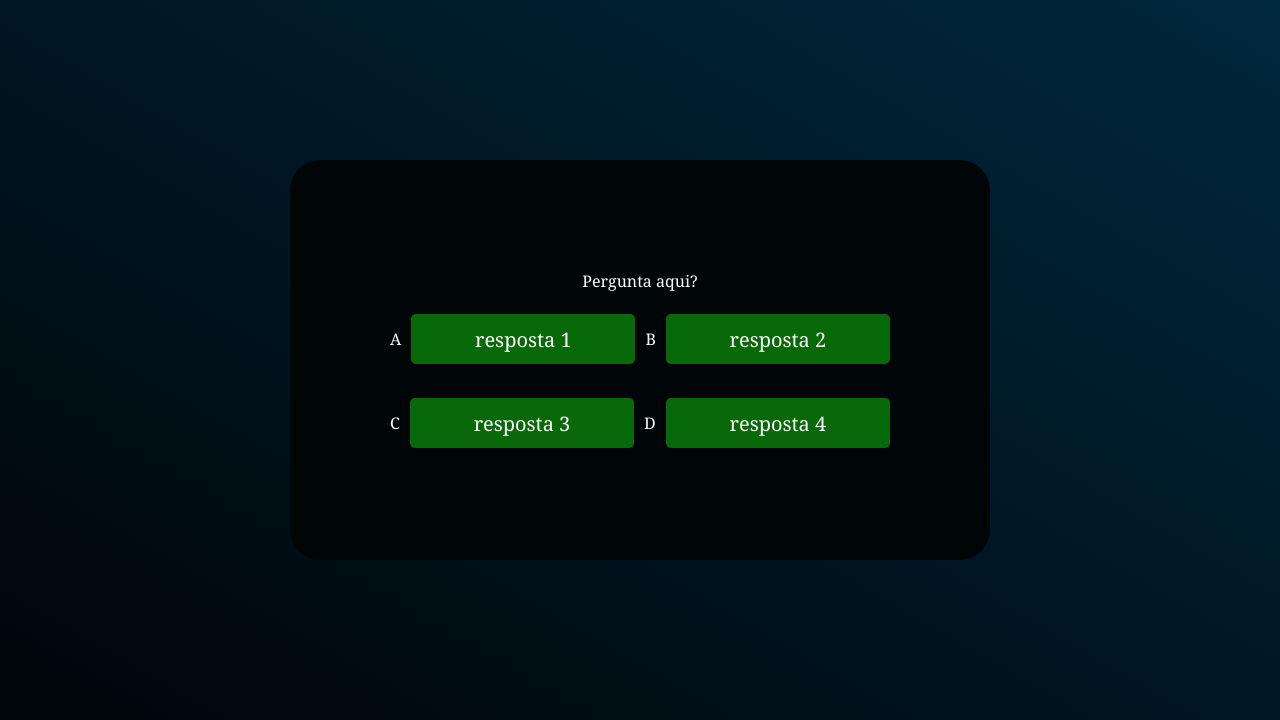
Repository: LaisSilvaO/Projeto-Quizz
Page: telas/index.html
These files come from the project's save history. The page is drawn as it stood at one moment and after the next save; the edit follows.
The browser window is 1280 px wide. The pictures show the whole page.

Above is the page before, as saved 2024-12-26 11:36:55.

### telas/index.html
<!DOCTYPE html>
<html lang="pt-br">

<head>
    <meta charset="UTF-8">
    <meta name="viewport" content="width=device-width, initial-scale=1.0">
    <title>Perguntas</title>
    <link rel="stylesheet" href="../img/tela.css">
</head>

<body>

    <div class="box1">
        <div class="box2">
            <div class="content">
                <span class="qtddquestao"></span>
                <span class="questao">Pergunta aqui?</span>
                <div class="resposta">
                    A<button class="respbotao">resposta 1</button>
                    B<button class="respbotao">resposta 2</button>
                </div>
                <div class="resposta">
                    C<button class="respbotao">resposta 3</button>
                    D<button class="respbotao">resposta 4</button>
                </div>
            </div>
            <div class="final">
                <span></span>
                <button>REINICIAR JOGO</button>
                <button class="proximapergunta">PROXIMA PERGUNTA</button>
            </div>
        </div>
    </div>


</body>

</html>

### img/tela.css
* {
  margin: 0;
  padding: 0;
  box-sizing: border-box;
  font-family: Cambria, Cochin, Georgia, Times, 'Times New Roman', serif;
}

body {
  height: 100vh;
  display: flex;
  justify-content: center;
  align-items: center;
  flex-direction: column;
  background: linear-gradient(210deg, #00283d, #000508);
}

main {
  background-color: white;
  padding: 10px;
  border-radius: 10px;
  width: 100%;
  max-width: 600px;
  min-height: 400px;
  display: flex;
  justify-content: center;
  align-items: center;
}

.box1 {
  position: relative;
  width: 700px;
  height: 410px;

  border-radius: 30px;
  display: flex;
  justify-content: center;
  align-items: center;
  flex-direction: column;
  overflow: hidden;

}

.box2 {
  position: relative;
  width: 700px;
  height: 400px;
  background-color: #000508;
  border-radius: 30px;
  display: flex;
  justify-content: center;
  align-items: center;
  flex-direction: column;
  overflow: hidden;
  color: white;
}

/* Borda animada externa */
.box1::before {
  content: '';
  position: absolute;
  top: 0;
  left: 0;
  width: 100%;
  height: 100%;
  border-radius: 30px;
  border: 0px solid transparent;
  /* Espessura da borda aumentada */
  background-image: linear-gradient(to bottom, #157815, #93b608);
  background-size: 400%;
  /* Aumenta o tamanho da animação da borda */
  animation: borderAnimation 6s linear infinite;
  z-index: -1;
  /* Garante que a borda fique atrás do conteúdo */
}

@keyframes borderAnimation {
  0% {
    top: 0px;
    left: 0px;
  }

  25% {
    top: 0px;
    left: 700px;
    /* Canto superior direito */
  }

  50% {
    top: 0px;
    left: 0px;
    /* Canto inferior direito */
  }

  75% {
    top: 700px;
    left: 0px;
    /* Canto inferior esquerdo */
  }

  100% {
    top: 700px;
    left: 0px;
    /* Retorna ao canto superior esquerdo */
  }
}

h2 {
  padding: 10px;
  display: flex;
  /* Ativa o modelo de layout flex */
  justify-content: center;
  /* Centraliza horizontalmente */
  align-items: center;
  /* Centraliza verticalmente */
  text-align: center;
  /* Centraliza as linhas de texto */
  height: 40%;
}

h4 {
  padding: 10px;
}

.content {
  display: flex;
  gap: 10px;
  flex-direction: column;
  width: 700px;
  height: 200px;
  align-items: center;
}

.qtddquestao {
  text-align: end;
}

.resposta {
  display: flex;
  gap: 10px;
  justify-content: center;
  align-items: center;
  width: 500px; /* Aumentado */
  height: 100px; /* Aumentado */
}

.resposta button {
  width: 600px; /* Aumentado */
  height: 50px; /* Aumentado */
  font-size: 20px; /* Para melhorar a legibilidade */
}


button {
  width: 90px;
  height: 45px;
  text-align: center;
  padding: 5px;
  border: none;
  border-radius: 5px;
  cursor: pointer;
  background-color: rgb(8, 105, 8);
  color: white;
}

.final {
  display: none;
  flex-direction: column;
  gap: 10px;

}

.final button {
  text-align: center;
}

After the next save:
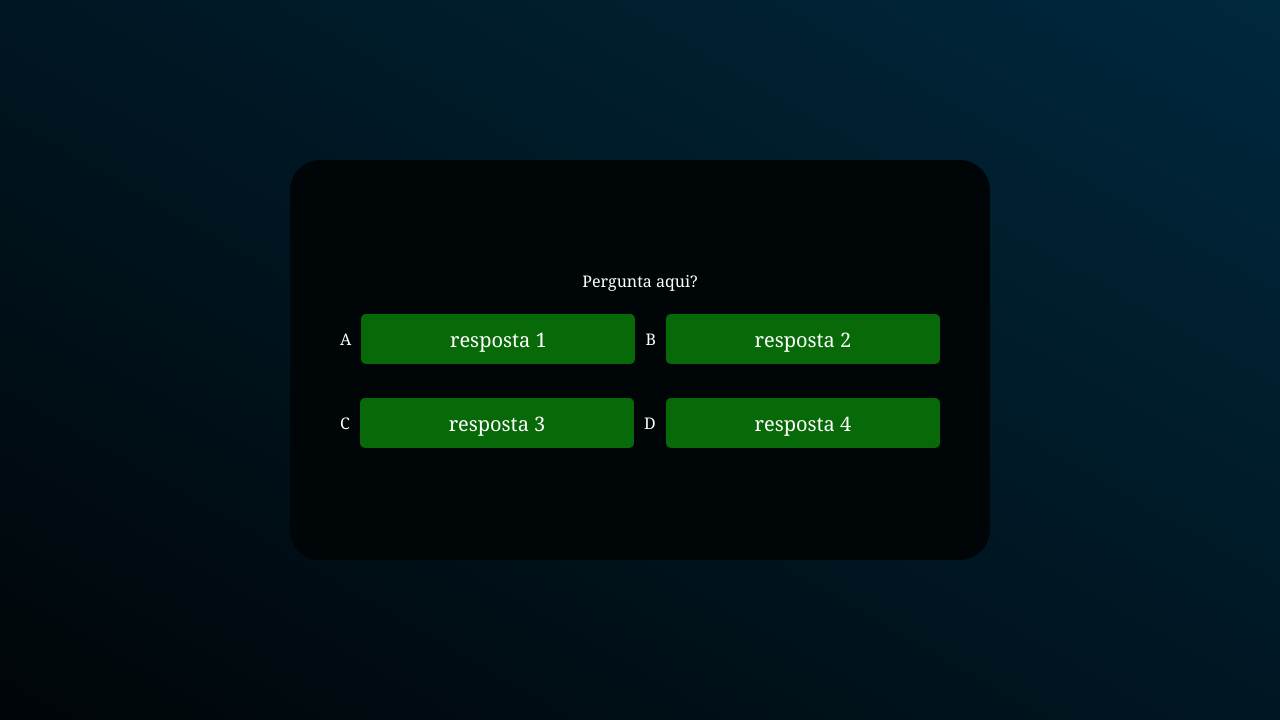
Saved 11 s later.
--- a/img/tela.css
+++ b/img/tela.css
@@ -139,12 +139,12 @@ h4 {
   gap: 10px;
   justify-content: center;
   align-items: center;
-  width: 500px; /* Aumentado */
+  width: 600px; /* Aumentado */
   height: 100px; /* Aumentado */
 }
 
 .resposta button {
-  width: 600px; /* Aumentado */
+  width: 500px; /* Aumentado */
   height: 50px; /* Aumentado */
   font-size: 20px; /* Para melhorar a legibilidade */
 }
